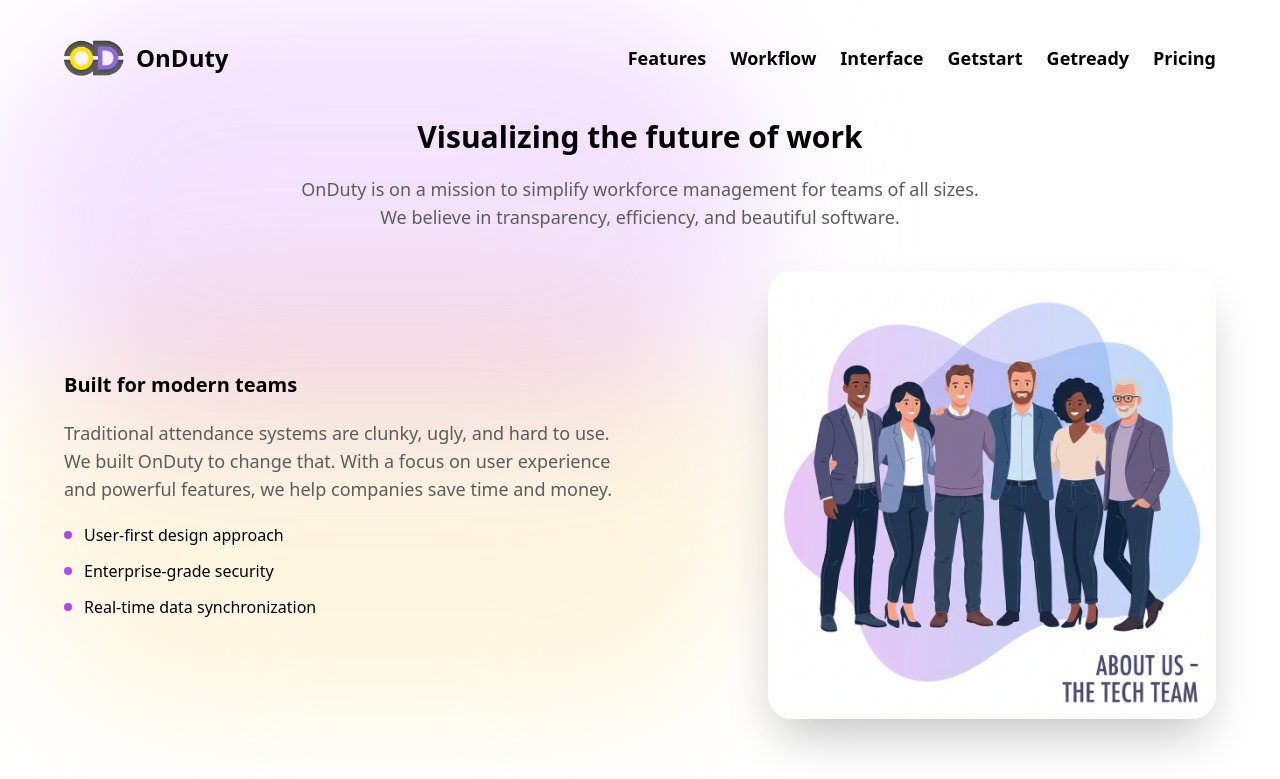
Repository: shekharzorin/ONDUTY-V1
Page: /about
An editor plug-in stored every save of this project. The page is shown before and after the next save, followed by the edit.
The browser window is 1280 px wide. The pictures show the whole page.
The project was rebuilt for these pictures with package versions that can differ from the ones it lists, and the page was loaded fresh each time. The framework's server and built-in components were replaced by stand-ins that run in the browser. Also part of the build but not shown: next.config.mjs, vite.config.js, app/components/ui/Crossicon.tsx.

Above is the page before, as saved 2026-01-17 16:20:03.

### app/layout.tsx
import type { Metadata } from "next";
import { Geist, Geist_Mono } from "next/font/google";
import "./globals.css";
import Navbar from "./components/header/Navbar";

const geistSans = Geist({
  variable: "--font-geist-sans",
  subsets: ["latin"],
});

const geistMono = Geist_Mono({
  variable: "--font-geist-mono",
  subsets: ["latin"],
});

export const metadata: Metadata = {
  title: "Create Next App",
  description: "Generated by create next app",
};

export default function RootLayout({
  children,
}: Readonly<{
  children: React.ReactNode;
}>) {
  return (
    <html lang="en">
      <body
        className={`${geistSans.variable} ${geistMono.variable} antialiased`}
      >
        <Navbar />
        {children}
      </body>
    </html>
  );
}

### app/about/page.tsx
import About from '../components/sections/about'

const page = () => {
  return (
    <About/>
  )
}

export default page

### app/globals.css
@import "tailwindcss";

:root {
  --color-primary: #8d6bdc;
  --color-secondary: #e0d4ff;
  --color-bg: #efefef;
  --color-sidebar: #ffffff;
  --color-gray: #5d5d5d;
}

html {
  scroll-behavior: smooth;
}




.flip-card {
  perspective: 1000px;
}

.flip-card-inner {
  transform-style: preserve-3d;
}

.flip-card-front,
.flip-card-back {
  position: absolute;
  width:auto;
  height:auto;
  backface-visibility: hidden;
}

.flip-card-back {
  transform: rotateY(180deg);
}

### app/components/header/Navbar.tsx
"use client";

import Logo from "@/public/images/od_logo.png";
import Image from "next/image";
import Link from "next/link";
import { usePathname } from "next/navigation";
import { useEffect, useState } from "react";
import { MdMenu } from "react-icons/md";
import { motion, AnimatePresence } from "framer-motion";
import { useRouter } from "next/navigation";
import Crossicon from "../ui/Crossicon";

export const navLinks = [
  { name: "Features", id: "features" },
  { name: "Workflow", id: "workflow" },
  { name: "Interface", id: "interface" },
  { name: "Getstart", id: "getstart" },
  { name: "Getready", id: "getready" },
  { name: "Pricing", path: "/pricing/" },
];

const Navbar = () => {
  const pathname = usePathname();
  const [isScrolled, setIsScrolled] = useState(false);
  const [isNavOpen, setIsNavOpen] = useState(false);
  const router = useRouter();
  const [activeSection, setActiveSection] = useState<string | null>(null);

  const handleScrollNav = (id: string) => {
    setActiveSection(id);
    router.push(`/#${id}`);
  };

  useEffect(() => {
    if (pathname !== "/") {
      setActiveSection(null);
    }
  }, [pathname]);

  useEffect(() => {
    if (pathname !== "/") return;
    const hash = window.location.hash.replace("#", "");
    if (hash) {
      setActiveSection(hash);
    } else {
      setActiveSection("features");
    }
  }, [pathname]);

  useEffect(() => {
    const handleScroll = () => setIsScrolled(window.scrollY > 20);
    window.addEventListener("scroll", handleScroll);
    return () => window.removeEventListener("scroll", handleScroll);
  }, []);

  useEffect(() => {
    if (isNavOpen) {
      document.body.style.overflow = "hidden";
    } else {
      document.body.style.overflow = "";
    }
    return () => {
      document.body.style.overflow = "";
    };
  }, [isNavOpen]);

  useEffect(() => {
    if (pathname !== "/") return;

    const sections = [
      "features",
      "workflow",
      "interface",
      "getready",
      "getstart",
    ];
    let locked = true;

    const unlock = () => (locked = false);
    window.addEventListener("scroll", unlock, { once: true });

    const observer = new IntersectionObserver(
      (entries) => {
        if (locked) return;

        entries.forEach((entry) => {
          if (entry.isIntersecting) {
            const id = entry.target.id;

            // 1️⃣ Update active state
            setActiveSection(id);

            // 2️⃣ Update URL hash WITHOUT navigation
            router.replace(`/#${id}`, { scroll: false });
          }
        });
      },
      {
        rootMargin: "-45% 0px -45% 0px",
        threshold: 0,
      }
    );

    sections.forEach((id) => {
      const el = document.getElementById(id);
      if (el) observer.observe(el);
    });

    return () => observer.disconnect();
  }, [pathname, router]);

  return (
    <header
      className={`fixed top-0 left-0 right-0 z-50 border-b transition-all ${
        isScrolled
          ? "bg-transparent backdrop-blur-md border-white shadow-lg py-0"
          : "bg-transparent border-transparent py-5"
      }`}
    >
      <div className="mx-auto w-full px-4 sm:px-6 md:px-8 lg:px-12 xl:px-16 2xl:px-24 max-w-384 py-2 flex items-center justify-between">
        <div className="flex gap-2 lg:gap-3 items-center">
          <Image
            src={Logo}
            alt="Onduty Logo"
            height={60}
            width={60}
            className="flex h-10 w-10 md:h-12 md:w-12 lg:h-15 lg:w-15"
          />
          <h1 className="text-2xl lg:text-2xl font-bold">OnDuty</h1>
        </div>

        {/* Desktop Navbar */}
        <nav className="hidden lg:flex gap-6">
          {navLinks.map((item) => {
            // SCROLL ITEM
            if (item.id) {
              return (
                <button
                  key={item.id}
                  onClick={() => handleScrollNav(item.id)}
                  className={`relative lg:font-semibold xl:font-bold text-lg transition-colors duration-300
                    after:absolute after:left-0 after:-bottom-1 after:h-1
                    after:rounded-full after:bg-(--color-primary)
                    after:transition-all after:duration-300
                    ${
                      activeSection === item.id && pathname === "/"
                        ? "text-(--color-primary)"
                        : "after:w-0 hover:after:w-full"
                    }
                  `}
                >
                  {item.name}
                </button>
              );
            }

            // ROUTE ITEM
            const isActive = pathname === item.path;

            return (
              <Link
                key={item.path}
                href={item.path!}
                className={`relative lg:font-semibold xl:font-bold text-lg transition-colors duration-300
                  after:absolute after:left-0 after:-bottom-1 after:h-1
                  after:rounded-full after:bg-(--color-primary)
                  after:transition-all after:duration-300
                  ${
                    isActive
                      ? "text-(--color-primary)"
                      : "after:w-0 hover:after:w-full"
                  }
                `}
              >
                {item.name}
              </Link>
            );
          })}
        </nav>

        <div className="lg:hidden gap-3">
          <div
            onClick={() => setIsNavOpen(true)}
            className="flex p-1 lg:hidden bg-(--color-secondary) rounded-full border-white border justify-center items-center"
          >
            <MdMenu size={28} className="opacity-10 animate-pulse" />
          </div>

          <AnimatePresence>
            {isNavOpen && (
              <motion.div
                className="fixed inset-0 backdrop-blur-sm bg-black/30 flex justify-end h-screen"
                initial={{ opacity: 0 }}
                animate={{ opacity: 1 }}
                exit={{ opacity: 1 }}
                transition={{ duration: 0.6 }}
              >
                {/* Drawer */}
                <motion.div
                  className="relative w-[70%] md:w-[60%] bg-(--color-sidebar) h-full flex items-center"
                  initial={{ x: "100%" }}
                  animate={{ x: 0 }}
                  exit={{ x: "100%" }}
                  onClick={(e: any) => e.stopPropagation()}
                  transition={{
                    duration: 0.35,
                    ease: "easeInOut",
                  }}
                >
                  {/* Close button */}
                  <div className="flex absolute top-7.25 right-4 md:right-8 lg:hidden z-20 ">
                    <Crossicon onClick={() => setIsNavOpen(false)} />
                  </div>

                  {/* Mobile Navbar */}
                  <nav className="flex flex-col gap-10 p-10 mt-10 w-full">
                    {navLinks.map((item) => {
                      if (item.id) {
                        return (
                          <button
                            key={item.id}
                            onClick={() => {
                              handleScrollNav(item.id);
                              setIsNavOpen(false);
                            }}
                            className={`py-2 w-full relative text-lg font-semibold md:font-bold text-left transition-colors
                              ${
                                activeSection === item.id && pathname === "/"
                                  ? "text-(--color-primary)"
                                  : "text-black/80 hover:text-(--color-primary)"
                              }
                            `}
                          >
                            {item.name}
                          </button>
                        );
                      }

                      const isActive = pathname === item.path;

                      return (
                        <Link
                          key={item.path}
                          href={item.path!}
                          onClick={() => setIsNavOpen(false)}
                          className={`relative text-lg font-semibold md:font-bold py-2
                            ${isActive ? "text-(--color-primary)" : ""}
                          `}
                        >
                          {item.name}
                        </Link>
                      );
                    })}
                  </nav>
                </motion.div>
              </motion.div>
            )}
          </AnimatePresence>
        </div>
      </div>
    </header>
  );
};

export default Navbar;

### app/components/sections/about.tsx
import team from "@/public/images/team.png";
import Image from "next/image";

const About = () => {
  return (
    <section className="relative px-4 sm:px-6 md:px-8 lg:px-12 xl:px-16 2xl:px-24 max-w-384 mx-auto">
      {/* Background flare */}
      <div className="absolute top-0 left-1/2 -translate-x-1/2 w-full h-full max-w-7xl pointer-events-none -z-10">
        <div className="absolute top-0 w-[60%] h-[60%] bg-[#eccfff] rounded-full blur-3xl opacity-60 mix-blend-multiply filter" />
        <div className="absolute bottom-0 w-[60%] h-[60%] bg-[#fff0cd] rounded-full blur-3xl opacity-60 mix-blend-multiply filter" />
      </div>
      <div className="flex flex-col gap-10 mb-15">
        <div className="flex flex-col items-center justify-center mt-30 text-center gap-5">
          <p className="text-2xl lg:text-3xl font-bold leading-[1.15]">
            Visualizing the future of work
          </p>
          <p className="md:text-lg text-(--color-gray)">
            OnDuty is on a mission to simplify workforce management for teams of
            all sizes. <br />
            We believe in transparency, efficiency, and beautiful software.
          </p>
        </div>

        <div className="flex flex-col lg:flex-row items-center justify-center lg:justify-between gap-10">
          <div className="flex flex-col gap-5 text-center lg:text-start">
            <p className="font-bold text-xl">Built for modern teams</p>

            <p className="text-balance md:text-lg text-(--color-gray)">
              Traditional attendance systems are clunky, ugly, and hard to use.
              We built OnDuty to change that. With a focus on user experience
              and powerful features, we help companies save time and money.
            </p>

            <div className="flex">
              <ul className="space-y-3 flex flex-col items-start justify-center">
                <li className="flex items-start gap-3">
                  <span className="mt-2 w-2 h-2 rounded-full bg-purple-500"></span>
                  <span>User-first design approach</span>
                </li>

                <li className="flex items-start gap-3">
                  <span className="mt-2 w-2 h-2 rounded-full bg-purple-500"></span>
                  <span>Enterprise-grade security</span>
                </li>

                <li className="flex items-start gap-3">
                  <span className="mt-2 w-2 h-2 rounded-full bg-purple-500"></span>
                  <span>Real-time data synchronization</span>
                </li>
              </ul>
            </div>
          </div>

          <Image
            src={team}
            alt="Team Image"
            height={300}
            width={300}
            className="relative rounded-3xl shadow-2xl md:w-sm xl:w-md"
          />
        </div>
      </div>
    </section>
  );
};

export default About;

After the next save:
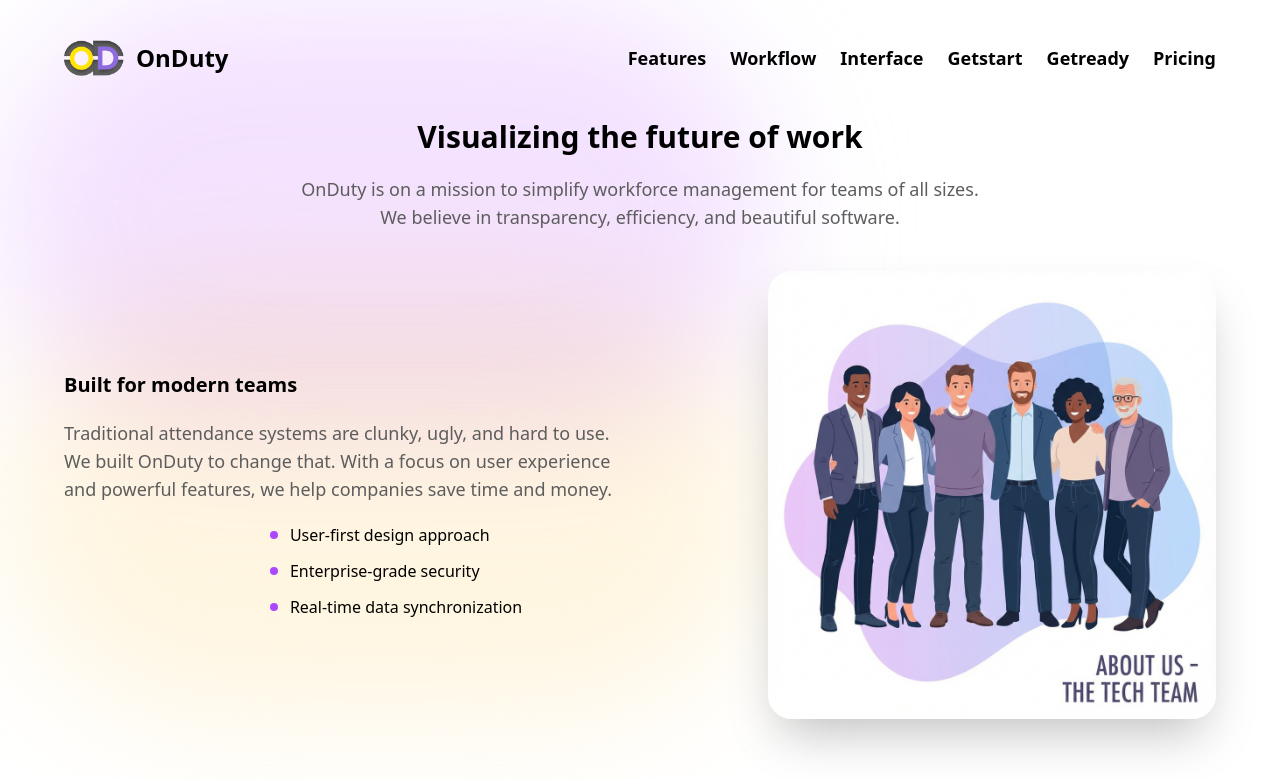
Saved 24 s later.
--- a/app/components/sections/about.tsx
+++ b/app/components/sections/about.tsx
@@ -31,7 +31,7 @@
               and powerful features, we help companies save time and money.
             </p>
 
-            <div className="flex">
+            <div className="flex justify-center items-center">
               <ul className="space-y-3 flex flex-col items-start justify-center">
                 <li className="flex items-start gap-3">
                   <span className="mt-2 w-2 h-2 rounded-full bg-purple-500"></span>

After the 2 saves that followed:
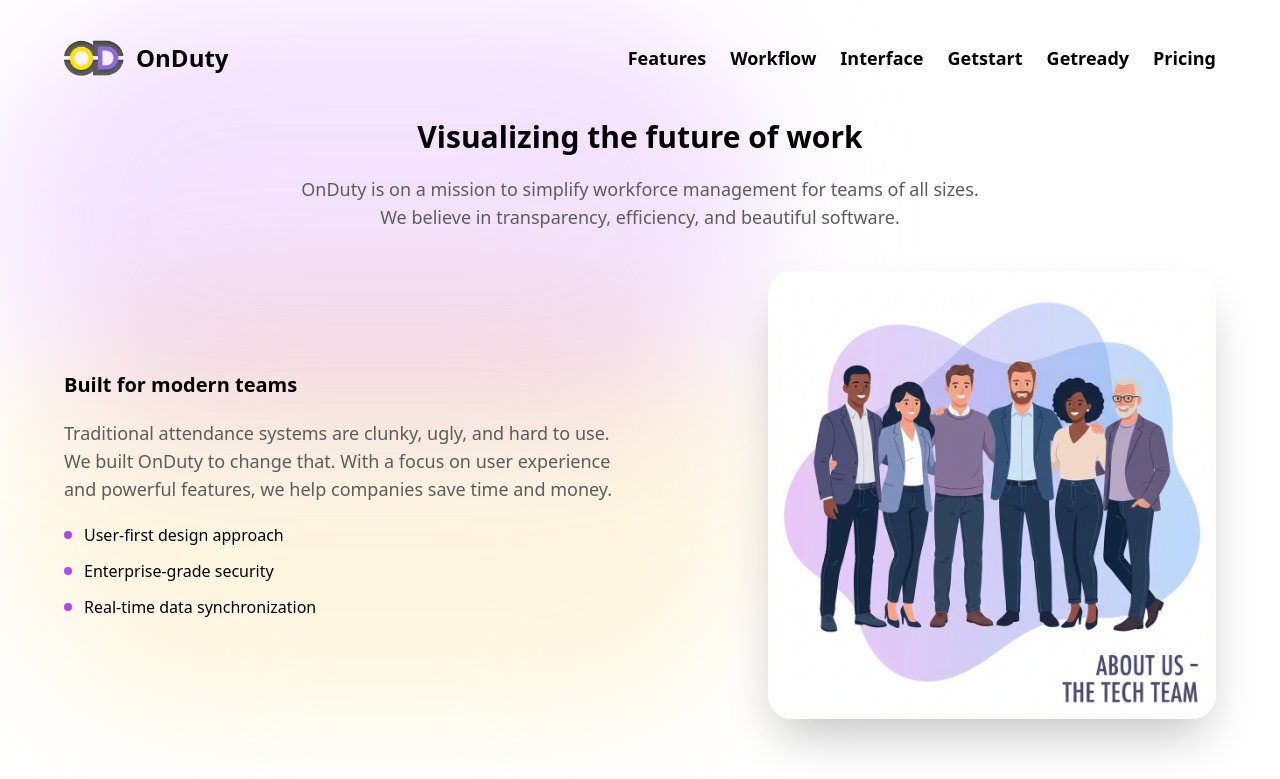
The 2 saves are shown as one change because 1 left the picture as it was.
The last was saved 61 s later.
--- a/app/components/sections/about.tsx
+++ b/app/components/sections/about.tsx
@@ -31,7 +31,7 @@
               and powerful features, we help companies save time and money.
             </p>
 
-            <div className="flex justify-center items-center">
+            <div className="flex items-center justify-center lg:justify-start">
               <ul className="space-y-3 flex flex-col items-start justify-center">
                 <li className="flex items-start gap-3">
                   <span className="mt-2 w-2 h-2 rounded-full bg-purple-500"></span>
